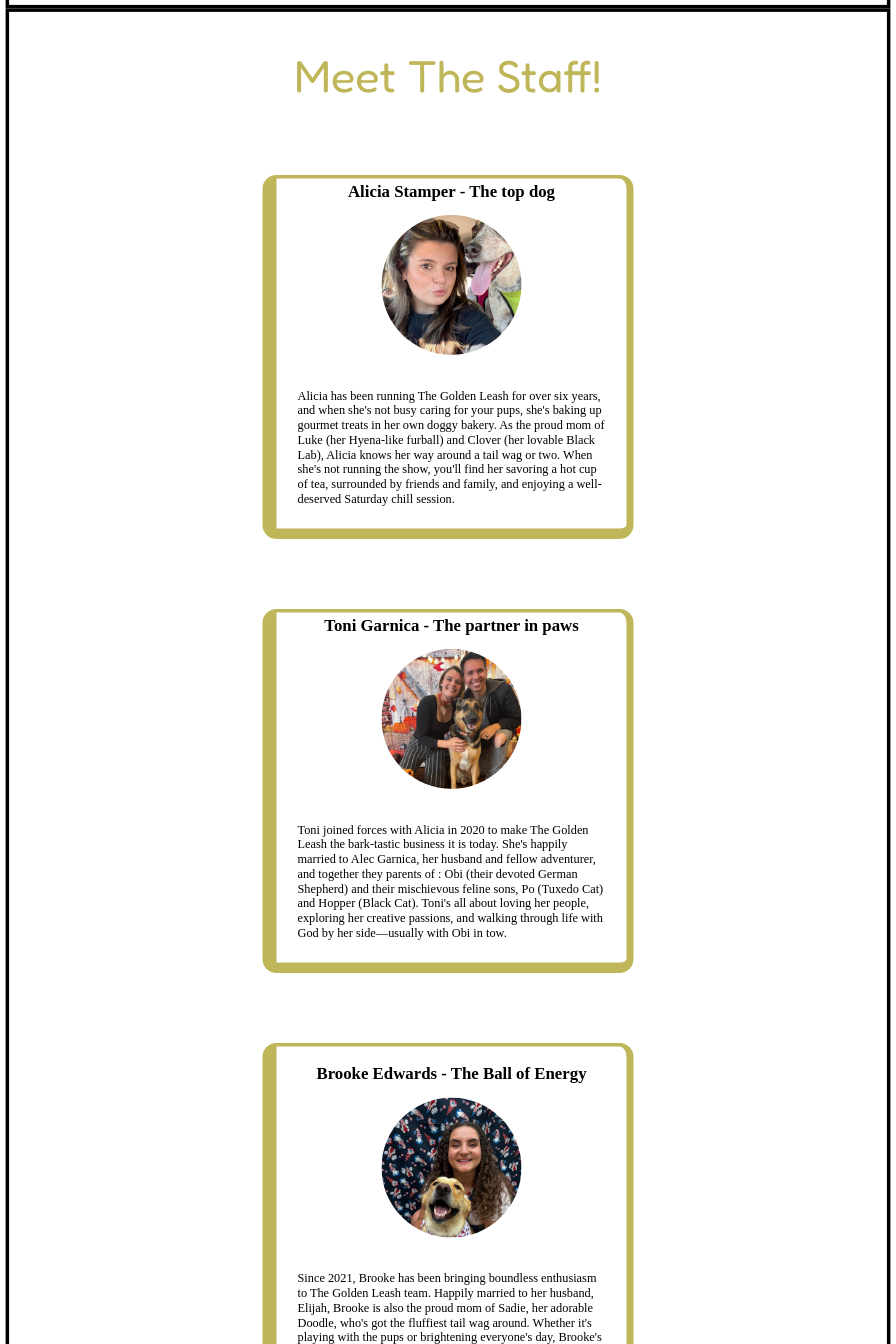
Repository: Aworminator/Thegoldenleash
Page: index.html
These files come from the project's save history. The page is drawn as it stood at one moment and after the next save; the edit follows.
The browser window is 1280 px wide. The pictures show the part of the page from y = 1830 to 3750 px (the page is 5143 px tall before and 3858 px after), at 70% of full size.

Above is the page before, as saved 2025-06-26 16:20:06.

### index.html
<!DOCTYPE html>
<html lang="en">
  <head>
    <meta charset="UTF-8" />
    <meta name="viewport" content="width=device-width, initial-scale=1.0" />
    <title>The Golden Leash</title>
    <link
      rel="stylesheet"
      href="https://cdnjs.cloudflare.com/ajax/libs/font-awesome/6.5.0/css/all.min.css"
      integrity="sha512-..."
      crossorigin="anonymous"
      referrerpolicy="no-referrer"
    />
    <link rel="stylesheet" href="style.css" />
    <link rel="preconnect" href="https://fonts.googleapis.com" />
    <link rel="preconnect" href="https://fonts.gstatic.com" crossorigin />
    <link
      href="https://fonts.googleapis.com/css2?family=Fredoka:wght@300..700&display=swap"
      rel="stylesheet"
    />

    <!-- <h1>Welcome to the golden leash</h1> -->
  </head>
  <body>
    <section class="home-page">
      <div class="image-container">
        <div>
          <img src="./Images/GoldenLeashLogo No Nose.png" class="logo" />
        </div>

        <ul class="list">
          <li class="story">Our Story</li>
          <li>Services</li>
          <li>Contact Us</li>
        </ul>
      </div>
    </section>

    <section class="our-story">
      <h1>Our Story</h1>
      <p class="story-info">
        Lorem ipsum odor amet, consectetuer adipiscing elit. Aenean quis
        bibendum condimentum mauris primis integer sollicitudin porttitor.
        Blandit condimentum aptent condimentum orci rhoncus pellentesque euismod
        a. Varius imperdiet fermentum aptent mollis sem eu. Mattis ante pharetra
        quisque nam odio nascetur per. Vitae pellentesque massa facilisi
        maecenas ligula felis. Tristique pulvinar iaculis inceptos lectus elit
        fusce. <br /><br />
        Nisl erat purus sem imperdiet varius erat taciti cursus. Leo ante lectus
        potenti lacus viverra senectus commodo fringilla. Imperdiet est
        parturient ornare imperdiet tempor vulputate. Parturient porttitor
        quisque platea turpis vel porta. Torquent feugiat curabitur posuere
        hendrerit ipsum eros vel erat. Aenean netus proin arcu taciti nec
        efficitur ullamcorper.
      </p>
    </section>

    <section class="services">
      <h1>Services</h1>
      <div class="icon-container">
        <i class="fa-solid fa-house" id="icon"></i>
        <i class="fa-solid fa-dog" id="icon"></i>
        <i class="fa-solid fa-paw" id="icon"></i>
        <i class="fa-solid fa-bath" id="icon"></i>
      </div>
      <h1>Click for Info</h1>
      <p class="service-info">
        At The Golden Leash, we bring personalized care directly to you! Our
        team will stop by to check on your dog and take them for a walk tailored
        to their needs. Each walk typically lasts around 45 minutes, giving your
        pup plenty of exercise and attention. <br /><br />
        Your dog's safety and well-being are our top priorities. That’s why we
        monitor the weather closely, ensuring your furry friend isn’t exposed to
        unsafe conditions. We avoid walks in temperatures below 28°F, and during
        extreme heat, we’ll adjust walk times to protect your dog’s paws from
        hot sidewalks. Because your dog deserves the very best care—rain, shine,
        or snow!
      </p>
    </section>

    <section class="staff">
      <h1>Meet The Staff!</h1>
      <div id="staff-cards"></div>
    </section>
    <script src="script.js"></script>
  </body>
</html>

### style.css
h1 {
  font-family: "Fredoka", serif;
  font-optical-sizing: auto;
  font-weight: 400; /* Replace <weight> with a valid value */
  font-style: normal;
  color: #bfb65a;
  font-variation-settings: "wdth" 100;
  text-align: center;
  font-size: 4em;
}

.image-container {
  display: flex;
  flex-direction: row;
  justify-content: space-around;
}

.home-page {
  border: black solid 5px;
  min-height: 50vh;
}

.services,
.staff,
.our-story {
  border: black solid 5px;
  min-height: 600px;
}

.logo {
  height: 600px;
  width: auto;
}

.list {
  font-size: 3em;
  padding: 50px;
}

li {
  margin-bottom: 80px;
}

.icon-container {
  display: flex;
  justify-content: center;
}

#icon {
  background-color: #bfb65a;
  height: 100px;
  width: 100px;
  border-radius: 50%;
  display: flex;
  justify-content: center;
  align-items: center;
  font-size: 2em;
  margin: 30px;
}

#icon:hover {
  transform: scale(1.1);
  transition: transform 0.2s;
}

#icon:active {
  transform: scale(0.9);
  transition: transform 0.2s;
}

.service-info,
.story-info {
  text-align: center;
  font-size: 1.5rem;
  margin: 100px;
}

.service-info {
  display: none;
  background-color: rgb(182, 182, 182);
  border-radius: 10px;
  padding: 5px;
  animation: slide-fwd-tr 1.3s cubic-bezier(0.25, 0.46, 0.45, 0.94) both;
}

.card {
  height: 500px;
  width: 500px;
  border-style: solid;
  border-width: 5px 10px 15px 20px;
  border-color: #bfb65a;
  border-radius: 20px;
  display: flex;
  flex-direction: column;
  justify-content: center;
  align-items: center;
  margin: 50px;
}

.profile-pic {
  height: 200px;
  border-radius: 50%;
  object-fit: cover;
  object-position: top;
  width: 200px;
}

#staff-cards {
  display: flex;
  flex-direction: row;
  flex-wrap: wrap;
  align-items: center;
  justify-content: space-around;
}

.staff-info {
  padding: 30px;
  font-size: 1.1em;
}

@keyframes slide-fwd-tr {
  0% {
    opacity: 0%;
    transform: translateZ(180px) translateY(120px) translateX(-120px);
  }
  100% {
    opacity: 100%;
    transform: translateZ(0px) translateY(0px) translateX(0px);
  }
}

@media (max-width: 900px) {
  .image-container {
    flex-direction: column;
    align-items: center;
  }
}

### script.js
const staffMembers = [
  {
    name: "Alicia Stamper",
    title: "The top dog",
    image: "./Images/Staff Pictures/Alicia TGL Picture.jpg",
    info: "Alicia has been running The Golden Leash for over six years, and when she's not busy caring for your pups, she's baking up gourmet treats in her own doggy bakery. As the proud mom of Luke (her Hyena-like furball) and Clover (her lovable Black Lab), Alicia knows her way around a tail wag or two. When she's not running the show, you'll find her savoring a hot cup of tea, surrounded by friends and family, and enjoying a well-deserved Saturday chill session.",
  },
  {
    name: "Toni Garnica",
    title: "The partner in paws",
    image: "./Images/Staff Pictures/Toni TGL Picture.jpg",
    info: "Toni joined forces with Alicia in 2020 to make The Golden Leash the bark-tastic business it is today. She's happily married to Alec Garnica, her husband and fellow adventurer, and together they parents of : Obi (their devoted German Shepherd) and their mischievous feline sons, Po (Tuxedo Cat) and Hopper (Black Cat). Toni's all about loving her people, exploring her creative passions, and walking through life with God by her side—usually with Obi in tow.",
  },
  {
    name: "Brooke Edwards",
    title: "The Ball of Energy",
    image: "./Images/Staff Pictures/Brooke TGL Picture.jpg",
    info: "Since 2021, Brooke has been bringing boundless enthusiasm to The Golden Leash team. Happily married to her husband, Elijah, Brooke is also the proud mom of Sadie, her adorable Doodle, who's got the fluffiest tail wag around. Whether it's playing with the pups or brightening everyone's day, Brooke's energy is as contagious as Sadie's zoomies.",
  },
  {
    name: "Carolyn Lesko",
    title: "The Wildcard",
    image: "./Images/Staff Pictures/Carolyn TGL Picture.jpg",
    info: "Carolyn is the undisputed wildcard of The Golden Leash crew. Whether she's quoting tik tok meme's, playing a mean game of Gang Beasts on her days off, or keeping things exciting, Carolyn keeps us all on our toes. She's the proud mom of her dog (to be named and praised at a later date). Fun fact: Carolyn is allergic to grass and being on time.",
  },
  {
    name: "Lisa",
    title: "The Backbone of the pack",
    image: "./Images/Staff Pictures/Lisa and rip Van Winkle.png",
    info: "Lisa is the kind of hard worker who makes everything run like clockwork at The Golden Leash. With her unmatched dedication and a can-do attitude, she's the go-to person for getting things done. Whether it's caring for pups, organizing schedules, or simply being awesome, Lisa brings a level of expertise and warmth that every team dreams of having. We're lucky to have her!",
  },
];

const house = document.querySelector(".fa-house");
const serviceInfo = document.querySelector(".service-info");
const service = document.querySelector(".services");
const staffCards = document.querySelector("#staff-cards");

house.addEventListener("click", () => {
  serviceInfo.style.display = "block";
  serviceInfo.scrollIntoView({ behavior: "smooth" });
});

staffMembers.forEach((person) => {
  const newCard = document.createElement("div");
  newCard.classList.add("card");
  newCard.innerHTML = `<h2>${person.name} - ${person.title}</h2>
          <img
            src="${person.image}"
            alt="${person.name} Profile-Pic"
            class="profile-pic"
          />
          <p class="staff-info">
            ${person.info}
          </p>`;
  staffCards.appendChild(newCard);
});

After the next save:
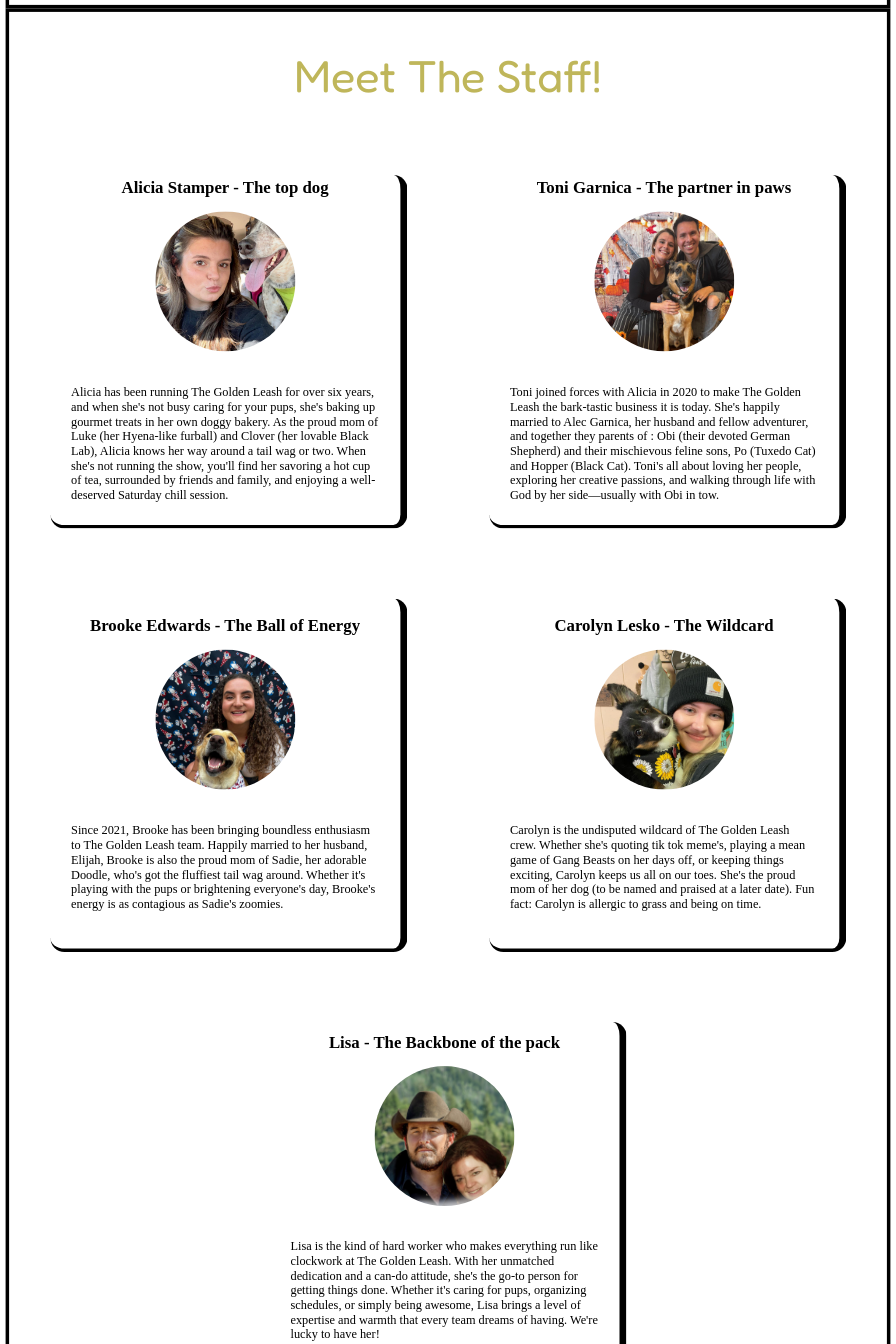
Saved 31 s later.
--- a/style.css
+++ b/style.css
@@ -86,9 +86,9 @@ li {
 .card {
   height: 500px;
   width: 500px;
-  border-style: solid;
-  border-width: 5px 10px 15px 20px;
-  border-color: #bfb65a;
+  border: none;
+  border-bottom: 5px solid black;
+  border-right: 10px solid black;
   border-radius: 20px;
   display: flex;
   flex-direction: column;
